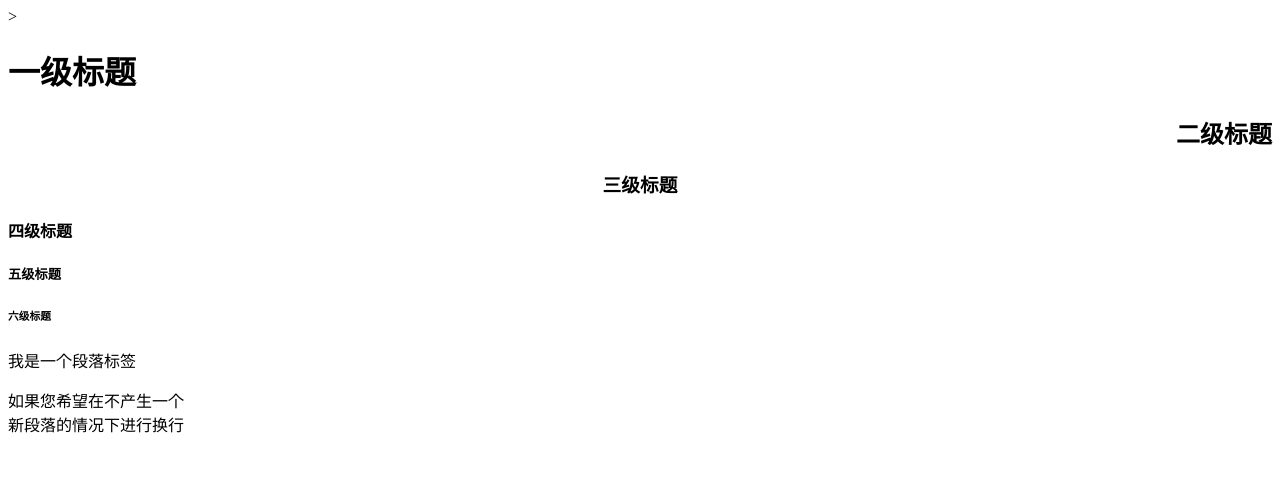
Repository: yuanliumaker/html-css-js
Page: hello.html
An editor plug-in stored every save of this project. The page is shown before and after the next save, followed by the edit.
The browser window is 1280 px wide. The pictures show the whole page.

Above is the page before, as saved 2025-08-28 18:51:54.

After the next save:
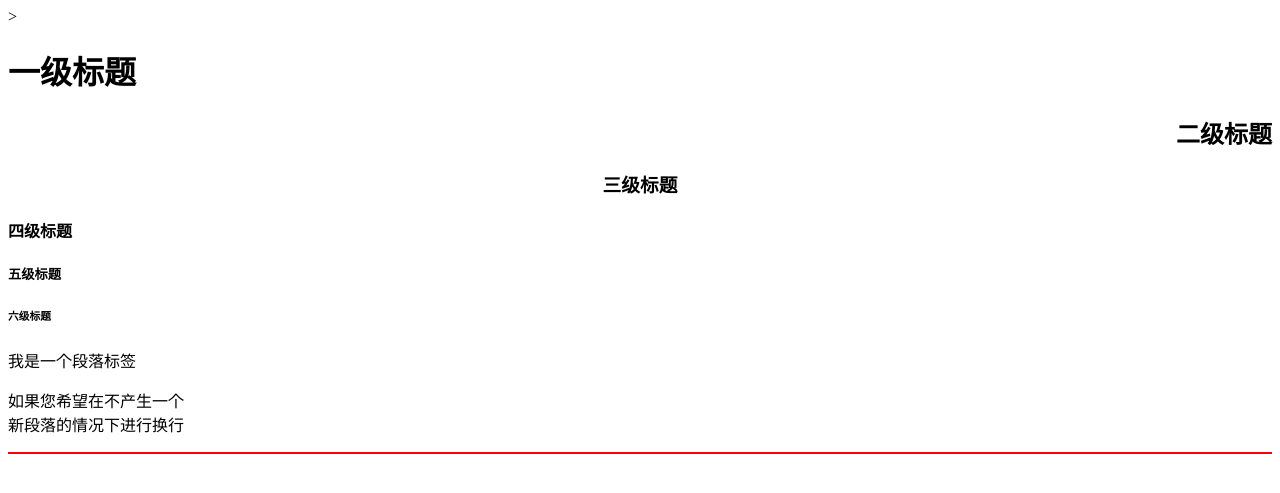
Saved 24 s later.
--- a/hello.html
+++ b/hello.html
@@ -17,5 +17,6 @@
     <!-- br表示换行-->
     <p>我是一个段落标签</p>
     <p>如果您希望在不产生一个<br>新段落的情况下进行换行</p>
+    <hr color="red">
 </body>
 </html>
